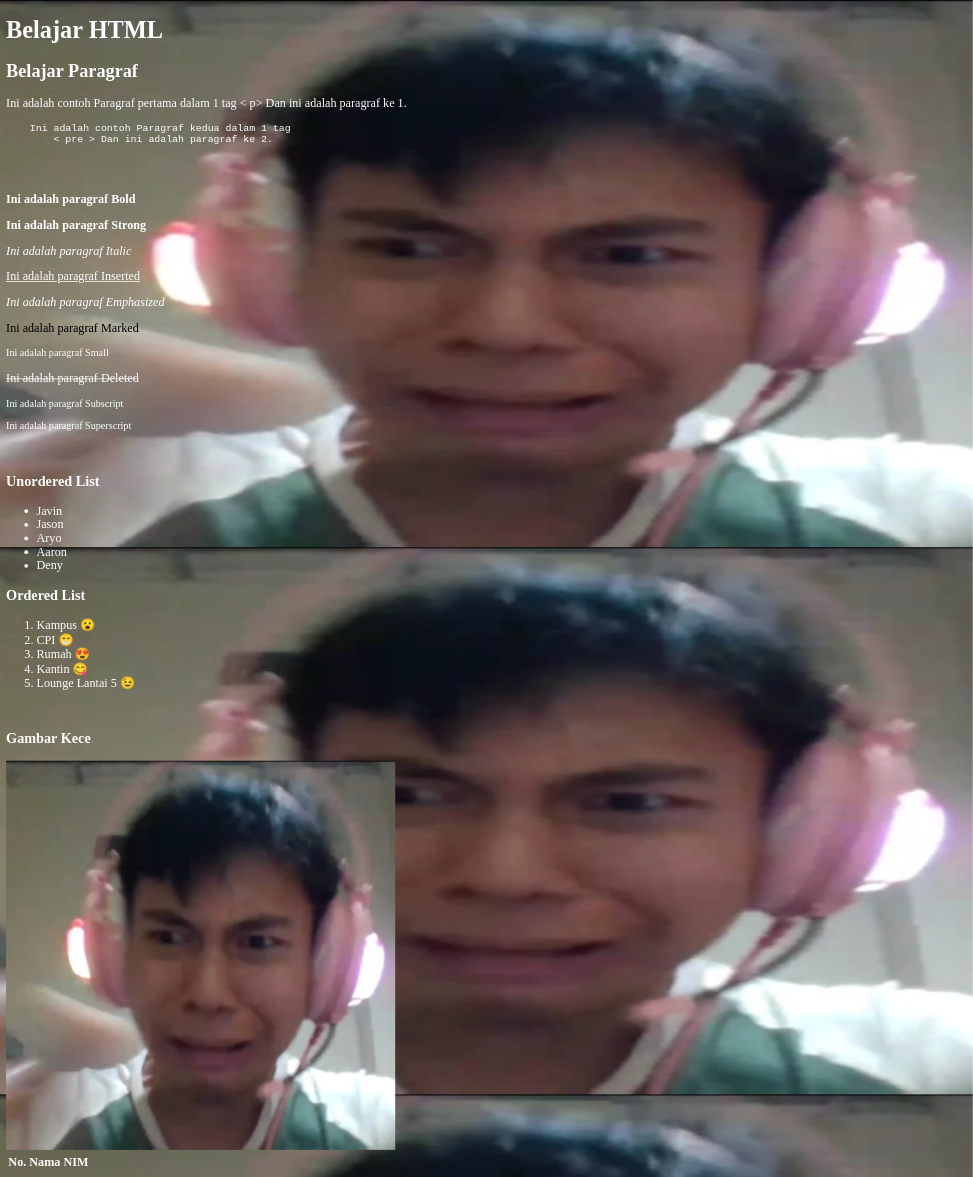
Repository: Gibekkk/WebPro
Page: Tugas HTML 1/index.html
An editor plug-in stored every save of this project. The page is shown before and after a run of saves, followed by the edit.
The browser window is 1280 px wide. The pictures show the whole page, at 76% of full size.
Backgrounds fixed to the window are drawn as part of the page.

Above is the page before, as saved 2024-03-25 10:29:21.

### Tugas HTML 1/index.html
<!DOCTYPE html>
<html lang="en">

<head>
    <meta charset="UTF-8">
    <meta name="viewport" content="width=device-width, initial-scale=1.0">
    <title>Document</title>
</head>

<body style="background-image: url(javin.jpg); background-repeat: no-repeat; background-size: 100%; background-attachment: fixed; color: white">
    <h1>Belajar HTML</h1>
    <h2>Belajar Paragraf</h2>
    <p>Ini adalah contoh Paragraf pertama dalam 1 tag
        < p> Dan ini adalah paragraf ke 1.</p>
    <pre>
    Ini adalah contoh Paragraf kedua dalam 1 tag
        < pre > Dan ini adalah paragraf ke 2.
    </pre>
    <br>

    <b>
        <p>Ini adalah paragraf Bold</p>
    </b>
    <strong>
    <p>Ini adalah paragraf Strong</p>
    </strong>
    <i>
    <p>Ini adalah paragraf Italic</p>
    </i>
    <ins>
    <p>Ini adalah paragraf Inserted</p>
    </ins>
    <em>
    <p>Ini adalah paragraf Emphasized</p>
    </em>
    <mark>
        <p>Ini adalah paragraf Marked</p>
    </mark>
    <small>
        <p>Ini adalah paragraf Small</p>
    </small>
    <del>
        <p>Ini adalah paragraf Deleted</p>
    </del>
    <sub>
        <p>Ini adalah paragraf Subscript</p>
    </sub>
    <sup>
        <p>Ini adalah paragraf Superscript</p>
    </sup>
    <br>

    <h3>Unordered List</h3>
    <ul>
        <li>Javin</li>
        <li>Jason</li>
        <li>Aryo</li>
        <li>Aaron</li>
        <li>Deny</li>
    </ul>

    <h3>Ordered List</h3>
    <ol>
        <li>Kampus 😮</li>
        <li>CPI 😁</li>
        <li>Rumah 😍</li>
        <li>Kantin 😋</li>
        <li>Lounge Lantai 5 😉</li>
    </ol>
    <br>
    <h3>Gambar Kece</h3>
    <img src="javin.jpg" alt="Javin" title="Javin">
    <br>
    <table>
        <tr>
            <th>No.</th>
            <th>Nama</th>
            <th>NIM</th>
        </tr>
    </table>
</body>

</html>

After the next 4 saves:
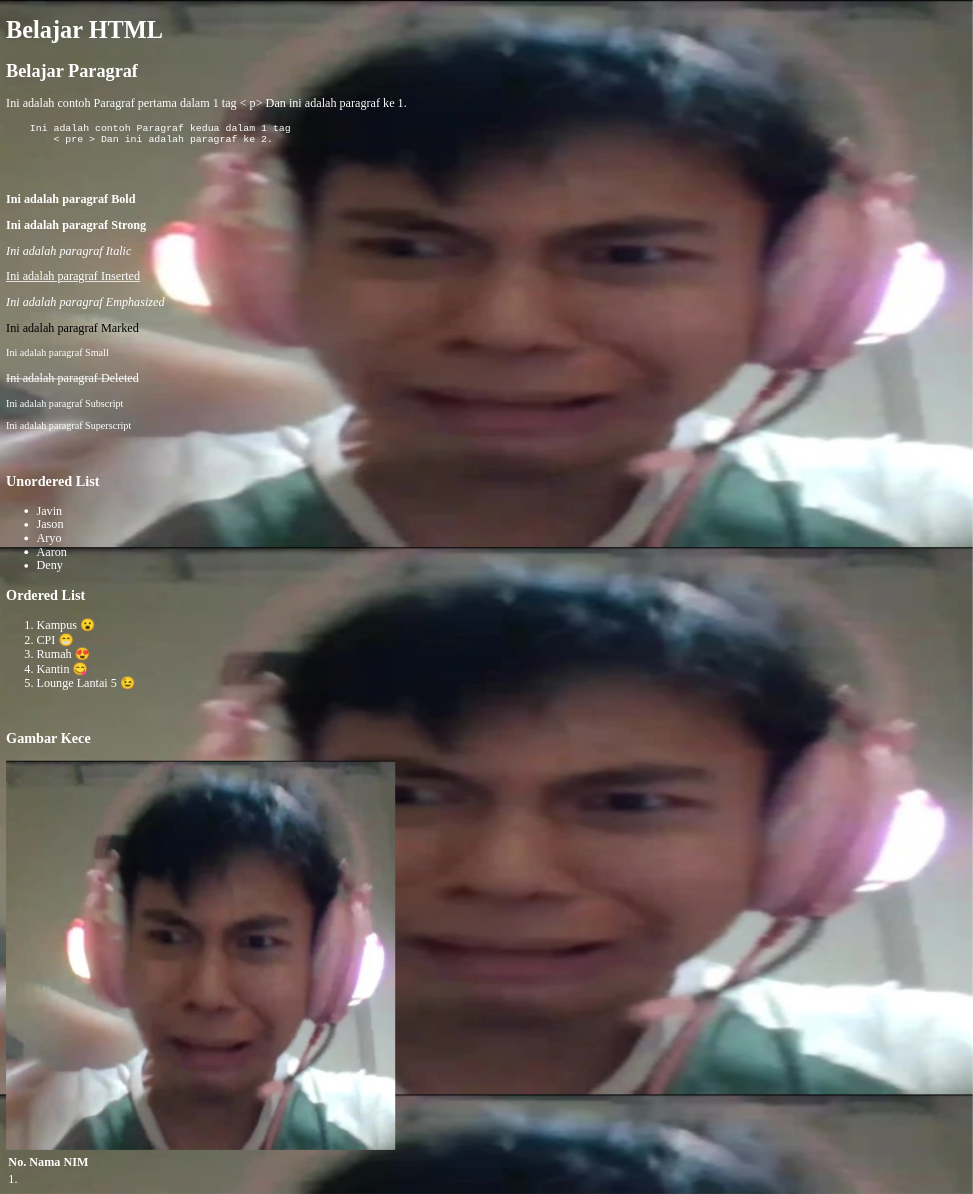
The 4 saves are shown as one change because they came seconds apart.
The last was saved 11 s later.
--- a/Tugas HTML 1/index.html
+++ b/Tugas HTML 1/index.html
@@ -77,6 +77,10 @@
             <th>Nama</th>
             <th>NIM</th>
         </tr>
+        <tr>
+            <td>1.</td>
+            <td></td>
+        </tr>
     </table>
 </body>
 
